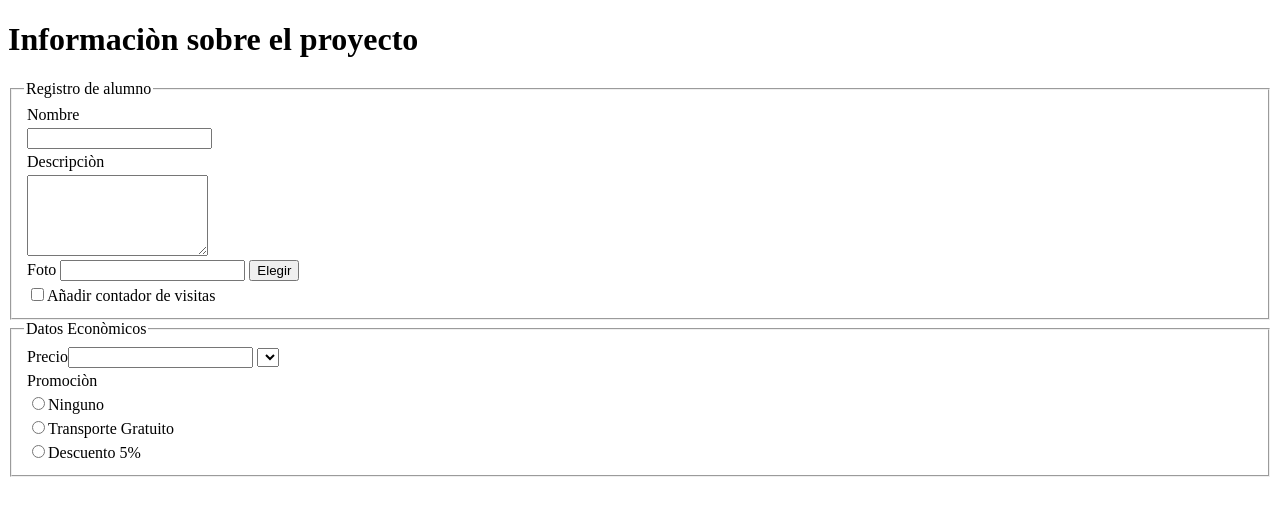
Repository: hoscanoa/Clases-LPII
Page: LPIISemana01/LPII-Semana01/WebContent/inicio.html
These files come from the project's save history. The page is drawn as it stood at one moment and after the next save; the edit follows.
The browser window is 1280 px wide. The pictures show the whole page.

Above is the page before, as saved 2014-09-18 22:14:22.

After the next save:
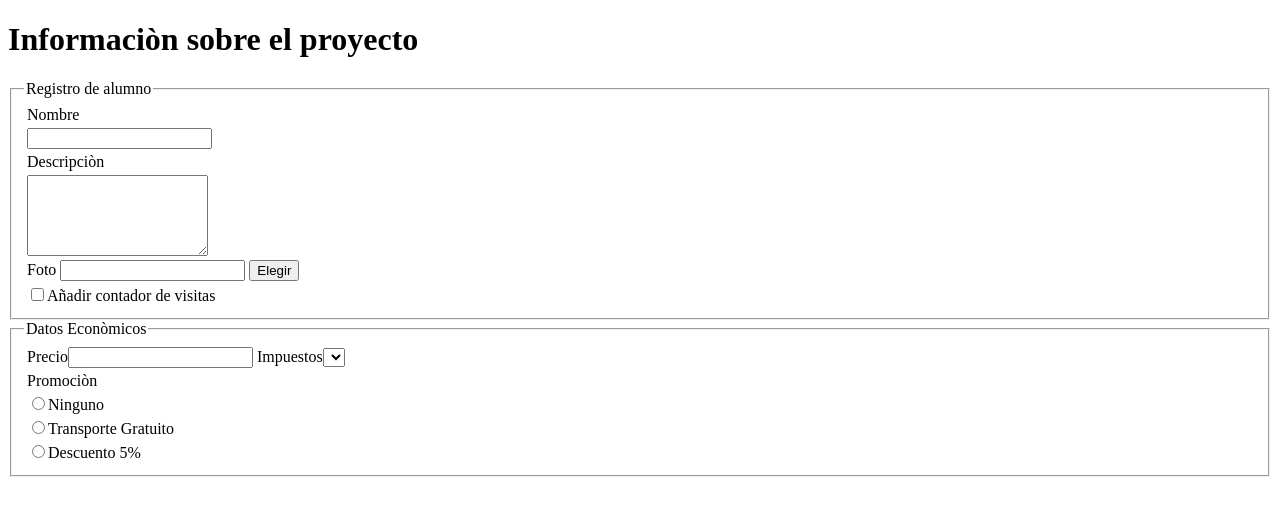
Saved 55 s later.
--- a/LPIISemana01/LPII-Semana01/WebContent/inicio.html
+++ b/LPIISemana01/LPII-Semana01/WebContent/inicio.html
@@ -14,19 +14,20 @@
 					<td>Nombre</td>
 				</tr>
 				<tr>
-					<td colspan="2"><input type="text" name="nombre"></td>
+					<td colspan="2"><input type="text" name="nombre">
+					</td>
 				</tr>
 				<tr>
 					<td>Descripciòn</td>
 				</tr>
 				<tr>
-					<td colspan="2"><textarea rows="5"></textarea>
-					</td>
+					<td colspan="2"><textarea rows="5"></textarea></td>
 				</tr>
 
 				<tr>
 					<td>Foto <input type="text" name="descripcion"> <input
-						type="button" value="Elegir"></td>
+						type="button" value="Elegir">
+					</td>
 				</tr>
 				<tr>
 					<td><input type="checkbox">Añadir contador de visitas
@@ -38,24 +39,22 @@
 			<legend>Datos Econòmicos</legend>
 			<table>
 				<tr>
-					<td>Precio<input type="text"></td>
-					<td><select name="impuestos">
+					<td>Precio<input type="text">
+					</td>
+					<td>Impuestos<select name="impuestos">
 					</td>
 				</tr>
 				<tr>
 					<td>Promociòn</td>
 				</tr>
 				<tr>
-					<td><input type="radio">Ninguno
-					</td>
+					<td><input type="radio">Ninguno</td>
 				</tr>
 				<tr>
-					<td><input type="radio">Transporte Gratuito
-					</td>
+					<td><input type="radio">Transporte Gratuito</td>
 				</tr>
 				<tr>
-					<td><input type="radio">Descuento 5%
-					</td>
+					<td><input type="radio">Descuento 5%</td>
 				</tr>
 			</table>
 		</fieldset>
